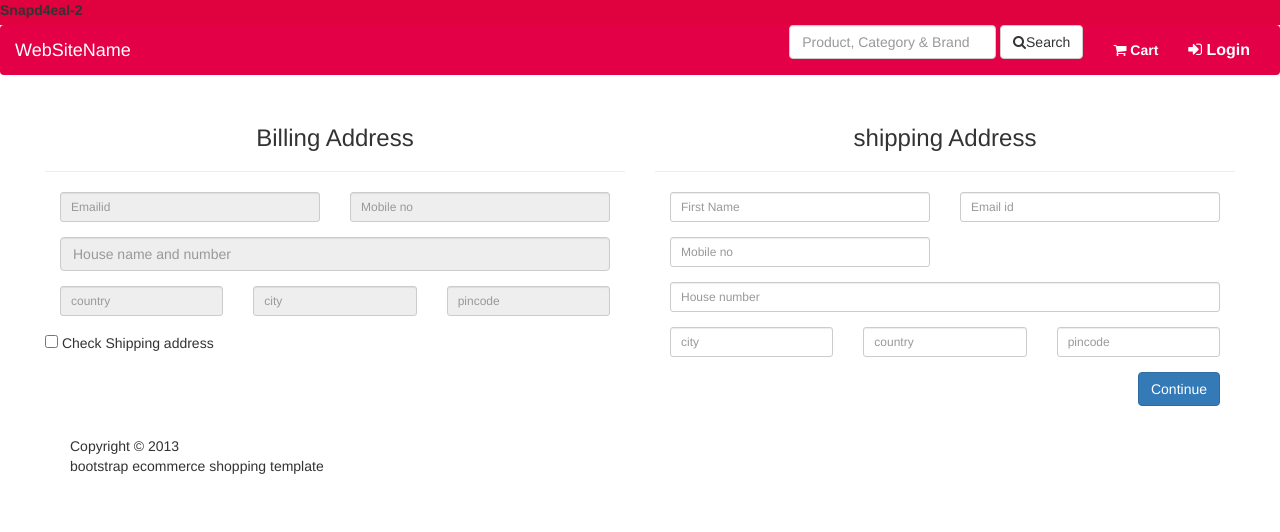
Repository: Aryans26/project
Page: http://localhost/frontend/WEB-INF/views/addressorder.jsp
An editor plug-in stored every save of this project. The page is shown before and after the next save, followed by the edit.
The browser window is 1280 px wide. The pictures show the whole page.
Some web libraries are served in a nearby version. The page is served by Tomcat 9. Nobody is signed in. Other server files are loaded and not shown. The template is opened directly, without the code that normally fills it, so the values that code supplies are empty.

Above is the page before, as saved 2017-06-21 07:36:31.

### frontend/src/main/webapp/WEB-INF/views/addressorder.jsp
<%@ taglib prefix="c" uri="http://www.springframework.org/tags"%>
<%@ taglib prefix="form" uri="http://www.springframework.org/tags/form"%>
<!doctype html>
<html>
<head>
<c:url value="/resource" var="res" />

<!-- <link rel="stylesheet" ref="https://maxcdn.bootstrapcdn.com/bootstrap/3.3.7/css/bootstrap.min.css"> -->
<script
	src="https://ajax.googleapis.com/ajax/libs/jquery/3.2.1/jquery.min.js"></script>
<script
	src="https://maxcdn.bootstrapcdn.com/bootstrap/3.3.7/js/bootstrap.min.js"></script>
<link rel="stylesheet" href="${res}/css/bootstrap.min.css" />
<link rel="stylesheet" href="${res}/css/style.css" />
<link rel="stylesheet" href="${res}/css/font-awesome/css/font-awesome.min.css" />

</head>
<body>
	<%@include file="navbar.jsp"%>
	<div class="span11">

	<div class="col-md-12  col-sm-12  col-xs-8 "
	style="background: #fff; padding: 30px;">

	<div class="col-md-6 col-sm-6 col-xs-12">
		<h3 class="text-center">Billing Address</h3>

		<hr>
			<div class="col-xs-6 col-sm-6 col-md-6">
			<div class="form-group">
				<form:input type="text" path="user.U_email" name="email" class="form-control input-sm"
				placeholder="Emailid" disabled="true"/>
			</div>
		</div>
		<div class="col-xs-6 col-sm-6 col-md-6">
			<div class="form-group">
				<form:input type="number" name="mono" path="user.U_phoneno" disabled="true"
			class="form-control input-sm" placeholder="Mobile no"/>
			</div>
		</div>


		<div class="col-xs-12 col-sm-12 col-md-12">
			<div class="form-group">
				<form:input type="text" class="form-control" path="billing.House_no" disabled="true" placeholder="House name and number"/>

			</div>
		</div>

		<div class="col-xs-12 col-sm-4 col-md-4">
			<div class="form-group">
				<form:input type="text" name="Country" disabled="true"
				class="form-control input-sm" placeholder="country" path="billing.Country" />
			</div>
		</div>
		<div class="col-xs-12 col-sm-4 col-md-4">
			<div class="form-group">
			<form:input type="text" name="City" disabled="true"
				class="form-control input-sm" placeholder="city" path="billing.City"/>
			</div>
		</div>
		<div class="col-xs-12 col-sm-4 col-md-4">
			<div class="form-group">
			<form:input type="text" name="Pincode" disabled="true"
					class="form-control input-sm" placeholder="pincode" path="billing.Pincode" />
			</div>
		</div>
		<input class="coupon_question" type="checkbox" name="coupon_question"
			value="1"> <span class="item-text">Check Shipping
			address</span>
	</div>


	<div class="col-md-6 shipping col-sm-6 col-xs-12">
		<h3 class="text-center">shipping Address</h3>

		<hr>
	<c:url value="/orderConfirm" var="a"/>
		<form:form action="${a}" method="post" commandName="shippingAddress">


		<div class="col-xs-6 col-sm-6 col-md-6">
			<div class="form-group">
				<form:input type="text" name="first_name" id="first_name" class="form-control input-sm" placeholder="First Name" path="Ship_name"/>
			</div>
		</div>
<!-- 		<div class="col-xs-6 col-sm-6 col-md-6"> -->
<!-- 			<div class="form-group"> -->
<%-- 				<form:input type="text" name="last_name" id="last_name" class="form-control input-sm" placeholder="Last Name" path="lastname"/>  --%>
<!-- 			</div> -->
<!-- 		</div> -->

		<div class="col-xs-6 col-sm-6 col-md-6">
			<div class="form-group">
				<form:input type="text" name="first_name" id="first_name" class="form-control input-sm" placeholder="Email id" path="Ship_email"/>
			</div>
		</div>
		<div class="col-xs-6 col-sm-6 col-md-6">
			<div class="form-group">
				<form:input type="text" name="Mobile_no" class="form-control input-sm" placeholder="Mobile no" path="Ship_mono"/>
		</div>
</div>
		<div class="col-xs-12 col-sm-12 col-md-12">
			<div class="form-group">
				<form:input type="text" class="form-control input-sm" placeholder="House number" path="Ship_houseno"/>

			</div>
		</div>

		<div class="col-xs-12 col-sm-4 col-md-4">
			<div class="form-group">
				<form:input type="text"	class="form-control input-sm" placeholder="city" path="Ship_city"/>
			</div>
		</div>
		<div class="col-xs-12 col-sm-4 col-md-4">
			<div class="form-group">
				<form:input type="text"	class="form-control input-sm" placeholder="country" path="Ship_country"/>
			</div>
		</div>

		<div class="col-xs-12 col-sm-4 col-md-4">
			<div class="form-group">
				<form:input type="text" class="form-control input-sm" placeholder="pincode" path="Ship_pincode" />
			</div>
		</div>

	<div class="col-md-12">
		<input type="submit" class="btn btn-primary pull-right" value="Continue">
	</div>
   </form:form>
</div>
</div></div>
<!--
Footer
-->

<!-- /container -->

<div class="copyright">
<div class="container">

	<span>Copyright &copy; 2013<br> bootstrap ecommerce shopping template</span>
</div>
</div>
<a href="#" class="gotop"><i class="icon-double-angle-up"></i></a>

  </body>
</html>

### frontend/src/main/webapp/WEB-INF/views/navbar.jsp
<%@ taglib prefix="c" uri="http://www.springframework.org/tags"%>
<%@ taglib prefix="form" uri="http://www.springframework.org/tags/form"%>
<%@ taglib prefix="security" uri="http://www.springframework.org/security/tags" %>
<%@ taglib prefix="c1" uri="http://java.sun.com/jsp/jstl/core"%>
<!DOCTYPE html >
<html>
<head>
<meta http-equiv="Content-Type" content="text/html; charset=ISO-8859-1">
<title>Insert title here</title>
</head>
<body>
	<div class="headder">
		<b>Snapd4eal-2</b>
	</div>

	<nav class="navbar navbar-default" style="color: white;">
		<div class="container-fluid">
			<div class="navbar-header">
				<button type="button" class="navbar-toggle" data-toggle="collapse" data-target="#myNavbar">
					<span class="icon-bar"></span> <span class="icon-bar"></span>
					<span class="icon-bar"></span>
				</button>
				<a class="navbar-brand" href="<c:url value="/"/>"
					style="color: white;">WebSiteName</a>
				<form class="navbar-form navbar-right visible-sm visible-xs">
					<div class="form-group">
						<input type="text" class="form-control"
							placeholder="Product, Category & Brand">
					</div>
					<button type="submit" class="btn btn-default">
						<i class="fa fa-search"></i>Search
					</button>

				</form>
			</div>
			<div class="collapse navbar-collapse" id="myNavbar">
			<c1:if test="${pageContext.request.userPrincipal.name!=null}">
			<security:authorize access="hasRole('ROLE_ADMIN')">
				<ul class="nav navbar-nav">
					<li style="color: white;"><a
						href="<c:url value="/category"/>">Add Category</a></li>
					<li style="color: white;"><a
						href="<c:url value="/addproduct"/>">Add Product</a></li>
					<li style="color: white;"><a
						href="<c:url value="/supplier"/>">Add Supplier</a></li>
<!-- 					<li style="color: white;"><a -->
<%-- 						href="<c:url value="/addcard"/>">Add Card</a></li> --%>

				</ul>
				</security:authorize>
				</c1:if>
				<ul class="nav navbar-nav navbar-right">
					<li><a href="<c:url value="/viewcart"/>"><i class="fa fa-shopping-cart"></i>
							Cart</a></li>

					<li class="dropdown"><a href="#" class="dropbtn"><span
							class="fa fa-sign-in"></span>
							<c1:if test="${pageContext.request.userPrincipal.name==null}"> Login </c1:if>
							 <c1:if test="${pageContext.request.userPrincipal.name!=null}">  Logout</c1:if></a>

						<div class="dropdown-content">
							<a href="#">your account</a>
							<a href="#">your orders</a>
							<c1:if test="${pageContext.request.userPrincipal.name==null}">

							<a href="<c:url value="/users"/>" class="hvr-reg-bordertop" > new user ?<br>
							<b>register</b></a>
<%-- <a href="<c:url value="/login"/>"><button type="button" class="btn btn-danger" style="width: 90%; margin: 10px;">Login</button></a> --%>
							<button type="button" class="btn btn-danger" data-toggle="modal"
								data-target="#myModal" style="width: 90%; margin: 10px;">Login</button>
								</c1:if>

								<c1:if test="${pageContext.request.userPrincipal.name!=null}">
					<a href="<c:url value="/j_spring_security_logout"/>"><button type="button" class="btn btn-danger" >Logout</button></a>
								</c1:if>
						</div></li>

				</ul>
				<form class="navbar-form navbar-right hidden-sm hidden-xs">
					<div class="form-group">
						<input type="text" class="form-control"
							placeholder="Product, Category & Brand">
					</div>
					<button type="submit" class="btn btn-default">
						<i class="fa fa-search"></i>Search
					</button>

				</form>

			</div>
		</div>
	</nav>


	<!-- Modal -->
	<div class="modal fade" id="myModal" role="dialog">
		<div class="modal-dialog modal-lg">
			<div class="modal-content">
				<div class="modal-header">
					<button type="button" class="close" data-dismiss="modal">&times;</button>
					<h4 class="modal-title">Login</h4>
				</div>
				<div class="modal-body">
				<c1:url value="/j_spring_security_check" var="a"/>
					<form role="form" method="post" action="${a} ">
						<div class="form-group">
				<label for="email">Email address:</label>
				<input type="email" class="form-control" id="email" name="j_username" placeholder="Email Id">
						</div>
						<div class="form-group">
				<label for="pwd">Password:</label>
				 <input type="password" class="form-control" id="pwd" name="j_password" placeholder="Password">
						</div>
						<div class="checkbox">
							<label><input type="checkbox"> Remember me</label>
						</div>
						<a class="cursor" data-dismiss="modal" data-toggle="modal"
							data-target="#myModal1">new User ? <b>register</b></a>
						<button type="submit" class="btn btn-success">Submit</button>
					</form>
				</div>
				<div class="modal-footer">
					<button type="button" class="btn btn-default" data-dismiss="modal">Close</button>
				</div>
			</div>
		</div>
	</div>

</body>
</html>

### frontend/src/main/webapp/resource/css/style.css
@charset "utf-8";
/* CSS Document */
.headder {
	min-height: 25px;
	background-color: #E0013F;
}

.navbar-default, .navbar-default li {
	background-color: #e40046;
	color: white;
}

.navbar-default li a {
	color: #FFF;
	font-weight: bold;
}

.navbar-nav li:hover, .navbar-nav li:focus, .navbar-nav li:active {
	background-color: #333;
}

.navbar-nav dropdown:hover {
	background-color: #333;
}

.dropbtn {
	color: white;
	padding: 16px;
	font-size: 16px;
	border: none;
	cursor: pointer;
}

.
.dropdown:hover {
	background-color: #333;
	color: white;
	padding: 16px;
	font-size: 16px;
	border: none;
	cursor: pointer;
}

.dropdown {
	position: relative;
	display: inline-block;
}

.dropdown-content {
	display: none;
	position: absolute;
	background-color: #333;
	min-width: 160px;
	right: 5px;
	box-shadow: 0px 8px 16px 0px rgba(0, 0, 0, 0.2);
	z-index: 1;
}

.dropdown-content a {
	color: black;
	font-size: 14px !important;
	font-weight: normal !important;
	text-align: center;
	padding: 12px 16px;
	text-decoration: none;
	display: block;
}

.dropdown-content a:hover {
	background-color: #000;
}

.dropdown:hover .dropdown-content {
	display: block;
}

.dropdown:hover .dropbtn {
	background-color: #333;
}

.dropdown-content .hvr-reg-bordertop {
	border-top: 1px solid #999;
	padding-top: 20px;
	margin-bottom: 0;
	padding-bottom: 0;
}

.cursor {
	cursor: pointer;
}

.form-fill{
	max-width:500px;
	box-shadow:2px 2px 8px  grey;
	padding:30px 20px;
	margin:10px auto;
	border-radius:10px;
}

.form-list-table{
	border:2px solid grey;
	box-shadow:4px 4px 8px grey;
	border-radius:10px;
}
.head3{
	color:#e40046;
	font-weight:bold;
	text-align:center;
	text-shadow:2px 2px 4px grey;
}

.items-list-head > div{
	Color:red;
	text-align:center;
	font-weight:bolder;
	font-size:20px;
}
.items-list > div{
	border-top:1px solid grey;
	line-height:40px;
	text-align:center;
	font-weight:bold;
}

.box-shadow{
	border-radius:10px;
	box-shadow:2px 2px 8px grey;
}

.list-head{
	font-size:16px;
	font-weight:bold;
	text-shadow:1px 1px 1px grey;
}

Loaded but not shown: frontend/src/main/webapp/resource/css/bootstrap.min.css (library); frontend/src/main/webapp/resource/css/font-awesome/css/font-awesome.min.css (library)

After the next save:
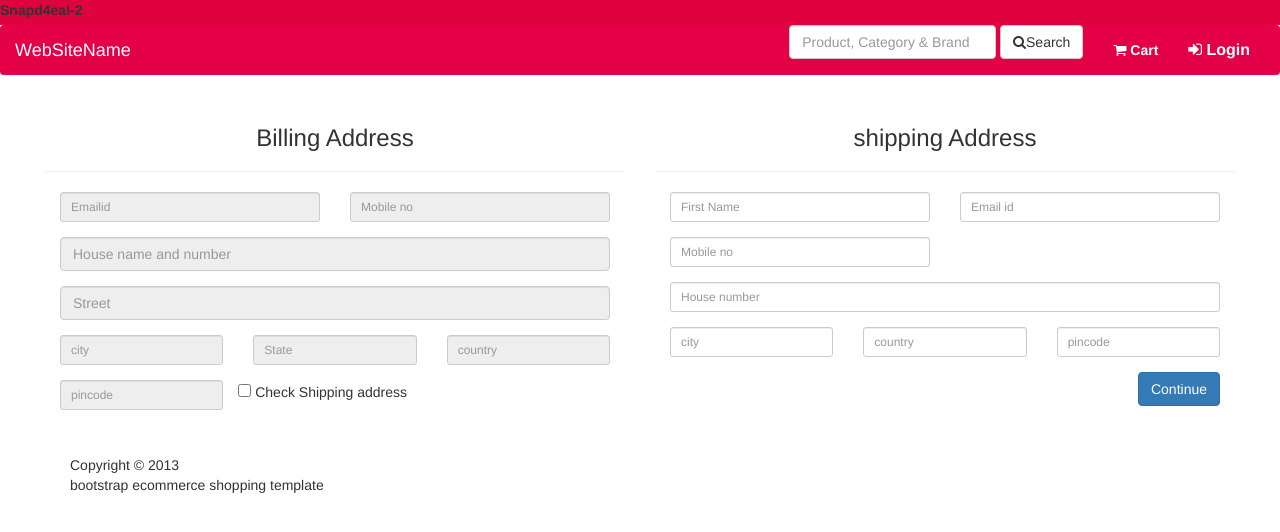
Saved 81 min 16 s later.
--- a/frontend/src/main/webapp/WEB-INF/views/addressorder.jsp
+++ b/frontend/src/main/webapp/WEB-INF/views/addressorder.jsp
@@ -28,35 +28,43 @@
 		<hr>
 			<div class="col-xs-6 col-sm-6 col-md-6">
 			<div class="form-group">
-				<form:input type="text" path="user.U_email" name="email" class="form-control input-sm"
-				placeholder="Emailid" disabled="true"/>
+				<form:input type="text" path="user.U_email" name="email" class="form-control input-sm" placeholder="Emailid" disabled="true"/>
 			</div>
 		</div>
 		<div class="col-xs-6 col-sm-6 col-md-6">
 			<div class="form-group">
-				<form:input type="number" name="mono" path="user.U_phoneno" disabled="true"
-			class="form-control input-sm" placeholder="Mobile no"/>
+				<form:input type="number" name="mono" path="user.U_phoneno" disabled="true" class="form-control input-sm" placeholder="Mobile no"/>
 			</div>
 		</div>
-
-
 		<div class="col-xs-12 col-sm-12 col-md-12">
 			<div class="form-group">
 				<form:input type="text" class="form-control" path="billing.House_no" disabled="true" placeholder="House name and number"/>
 
 			</div>
 		</div>
+		<div class="col-xs-12 col-sm-12 col-md-12">
+			<div class="form-group">
+				<form:input type="text" class="form-control" path="billing.Street_name" disabled="true" placeholder="Street"/>
+
+			</div>
+		</div>
 
 		<div class="col-xs-12 col-sm-4 col-md-4">
 			<div class="form-group">
-				<form:input type="text" name="Country" disabled="true"
-				class="form-control input-sm" placeholder="country" path="billing.Country" />
+			<form:input type="text" name="City" disabled="true"
+				class="form-control input-sm" placeholder="city" path="billing.City"/>
 			</div>
 		</div>
 		<div class="col-xs-12 col-sm-4 col-md-4">
 			<div class="form-group">
 			<form:input type="text" name="City" disabled="true"
-				class="form-control input-sm" placeholder="city" path="billing.City"/>
+				class="form-control input-sm" placeholder="State" path="billing.State"/>
+			</div>
+		</div>
+		<div class="col-xs-12 col-sm-4 col-md-4">
+			<div class="form-group">
+				<form:input type="text" name="Country" disabled="true"
+				class="form-control input-sm" placeholder="country" path="billing.Country" />
 			</div>
 		</div>
 		<div class="col-xs-12 col-sm-4 col-md-4">
